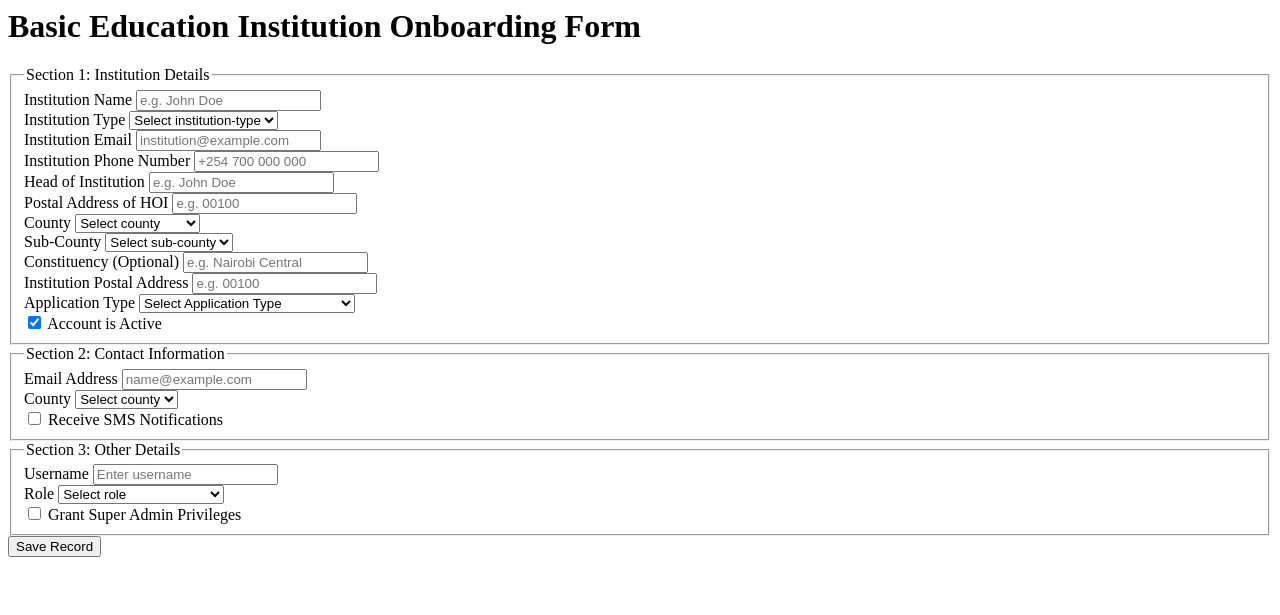
Repository: ndirituart/KEMIS
Page: angular-client/src/app/pages/basic-education/basic-education.html
An editor plug-in stored every save of this project. The page is shown before and after the next save, followed by the edit.
The browser window is 1280 px wide. The pictures show the whole page.

Above is the page before, as saved 2026-10-20 21:20:26.

### angular-client/src/app/pages/basic-education/basic-education.html
<div class="kemis-form-wrapper">
<form class="kemis-form" (ngSubmit)="onSubmit()" #myForm="ngForm">
<h1 class="text-center mb-4">Basic Education Institution Onboarding Form</h1>
  <!-- ========================================== -->
  <!-- Section 1: Institution Details                -->
  <!-- ========================================== -->
  <fieldset class="mb-4 p-3 border rounded">
    <legend class="float-none w-auto px-2 fs-5 fw-bold text-primary">Section 1: Institution Details</legend>

    <div class="row g-3">
      <!-- Institution Name -->
      <div class="col-md-6">
        <label for="fullName" class="form-label fw-semibold">Institution Name</label>
        <input type="text" class="form-control" id="fullName" name="fullName" placeholder="e.g. John Doe" required>
      </div>

      <!-- Type of School based on Gender -->
      <div class="col-md-6">
        <label for="institution-type" class="form-label fw-semibold">Institution Type</label>
        <select class="form-select" id="institution-type" name="institution-type" required>
          <option value="" disabled selected>Select institution-type</option>
          <option value="Boy's School">Boy's School</option>
          <option value="Girl's School">Girl's School</option>
          <option value="Mixed School">Mixed School</option>
        </select>
      </div>

      <!-- Institution Email -->
      <div class="col-md-6">
        <label for="emailId" class="form-label fw-semibold">Institution Email</label>
        <input type="email" class="form-control" id="emailId" name="emailId" placeholder="institution@example.com" required>
      </div>

      <!-- Institution Phone Number -->
      <div class="col-md-6">
        <label for="phoneNumber" class="form-label fw-semibold">Institution Phone Number</label>
        <input type="tel" class="form-control" id="phoneNumber" name="phoneNumber" placeholder="+254 700 000 000" required>
      </div>

      <!-- Head of Institution -->
      <div class="col-md-6">
        <label for="headOfInstitution" class="form-label fw-semibold">Head of Institution</label>
        <input type="text" class="form-control" id="headOfInstitution" name="headOfInstitution" placeholder="e.g. John Doe" required>
      </div>

      <!-- Postal Address of HOI -->
      <div class="col-md-6">
        <label for="postalAddressHoi" class="form-label fw-semibold">Postal Address of HOI</label>
        <input type="text" class="form-control" id="postalAddressHoi" name="postalAddressHoi" placeholder="e.g. 00100" required>
      </div>

      <!--County List-->
      <div class="col-md-6">
        <label for="county" class="form-label fw-semibold">County</label>
        <select class="form-select" id="county" name="county" required>
          <option value="" disabled selected>Select county</option>
      <option value="baringo">Baringo</option>
      <option value="bomet">Bomet</option>
      <option value="bungoma">Bungoma</option>
      <option value="busia">Busia</option>
      <option value="elgeyo marakwet">Elgeyo Marakwet</option>
      <option value="embu">Embu</option>
      <option value="garissa">Garissa</option>
      <option value="homa bay">Homa Bay</option>
      <option value="isiolo">Isiolo</option>
      <option value="kajiado">Kajiado</option>
      <option value="kakamega">Kakamega</option>
      <option value="kericho">Kericho</option>
      <option value="kiambu">Kiambu</option>
      <option value="kilifi">Kilifi</option>
      <option value="kirinyaga">Kirinyaga</option>
      <option value="kisii">Kisii</option>
      <option value="kisumu">Kisumu</option>
      <option value="kitui">Kitui</option>
      <option value="kwale">Kwale</option>
      <option value="laikipia">Laikipia</option>
      <option value="lamu">Lamu</option>
      <option value="machakos">Machakos</option>
      <option value="makueni">Makueni</option>
      <option value="mandera">Mandera</option>
      <option value="meru">Meru</option>
      <option value="migori">Migori</option>
      <option value="marsabit">Marsabit</option>
      <option value="mombasa">Mombasa</option>
      <option value="muranga">Muranga</option>
      <option value="nairobi">Nairobi</option>
      <option value="nakuru">Nakuru</option>
      <option value="nandi">Nandi</option>
      <option value="narok">Narok</option>
      <option value="nyamira">Nyamira</option>
      <option value="nyandarua">Nyandarua</option>
      <option value="nyeri">Nyeri</option>
      <option value="samburu">Samburu</option>
      <option value="siaya">Siaya</option>
      <option value="taita taveta">Taita Taveta</option>
      <option value="tana river">Tana River</option>
      <option value="tharaka nithi">Tharaka Nithi</option>
      <option value="trans nzoia">Trans Nzoia</option>
      <option value="turkana">Turkana</option>
      <option value="uasin gishu">Uasin Gishu</option>
      <option value="vihiga">Vihiga</option>
      <option value="wajir">Wajir</option>
      <option value="pokot">West Pokot</option>
  </select>
      </div>

      <!--TO-DO: Nestsed array for Sub-County List dependent on county chosen-->
      <div class="col-md-6">
        <label for="subCounty" class="form-label fw-semibold">Sub-County</label>
        <select class="form-select" id="subCounty" name="subCounty" required>
          <option value="" disabled selected>Select sub-county</option>
        </select>
      </div>

      <!--Constituency Name OPTIONAL-->
      <div class="col-md-6">
        <label for="constituency" class="form-label fw-semibold">Constituency (Optional)</label>
        <input type="text" class="form-control" id="constituency" name="constituency" placeholder="e.g. Nairobi Central">
      </div>

      <!--Institution Postal Address-->
      <div class="col-md-6">
        <label for="postalAddressInstitution" class="form-label fw-semibold">Institution Postal Address</label>
        <input type="text" class="form-control" id="postalAddressInstitution" name="postalAddressInstitution" placeholder="e.g. 00100" required>
      </div>

       <!-- Application Type -->
      <div class="col-md-6">
        <label for="application-type" class="form-label fw-semibold">Application Type</label>
        <select class="form-select" id="application-type" name="application-type" required>
          <option value="" disabled selected>Select Application Type</option>
          <option value="Regular School">Regular School</option>
          <option value="Regular School with Special Unit">Regular School with Special Unit</option>
          <option value="Special School">Special School</option>
        </select>
      </div>

      <!-- Boolean Toggle (Switch) -->
      <div class="col-12 mt-3">
        <div class="form-check form-switch">
          <input class="form-check-input" type="checkbox" role="switch" id="isActive" name="isActive" checked>
          <label class="form-check-label fw-semibold" for="isActive">Account is Active</label>
        </div>
      </div>
    </div>
  </fieldset>

  <!-- ========================================== -->
  <!-- SECTION 2: Coordinates            -->
  <!-- ========================================== -->
  <fieldset class="mb-4 p-3 border rounded">
    <legend class="float-none w-auto px-2 fs-5 fw-bold text-primary">Section 2: Contact Information</legend>

    <div class="row g-3">
      <!-- Text Input -->
      <div class="col-md-6">
        <label for="emailId" class="form-label fw-semibold">Email Address</label>
        <input type="emailId" class="form-control" id="emailId" name="emailId" placeholder="name@example.com" required>
      </div>

      <!-- Dropdown -->
      <div class="col-md-6">
        <label for="county" class="form-label fw-semibold">County</label>
        <select class="form-select" id="county" name="county" required>
          <option value="" disabled selected>Select county</option>
          <option value="Nairobi">Nairobi</option>
          <option value="Mombasa">Mombasa</option>
          <option value="Kisumu">Kisumu</option>
        </select>
      </div>

      <!-- Boolean Toggle -->
      <div class="col-12 mt-3">
        <div class="form-check form-switch">
          <input class="form-check-input" type="checkbox" role="switch" id="receiveSms" name="receiveSms">
          <label class="form-check-label fw-semibold" for="receiveSms">Receive SMS Notifications</label>
        </div>
      </div>
    </div>
  </fieldset>

  <!-- ========================================== -->
  <!-- SECTION 3: Other Details                -->
  <!-- ========================================== -->
  <fieldset class="mb-4 p-3 border rounded">
    <legend class="float-none w-auto px-2 fs-5 fw-bold text-primary">Section 3: Other Details</legend>

    <div class="row g-3">
      <!-- Text Input -->
      <div class="col-md-6">
        <label for="username" class="form-label fw-semibold">Username</label>
        <input type="text" class="form-control" id="username" name="username" placeholder="Enter username" required>
      </div>

      <!-- Dropdown -->
      <div class="col-md-6">
        <label for="role" class="form-label fw-semibold">Role</label>
        <select class="form-select" id="role" name="role" required>
          <option value="" disabled selected>Select role</option>
          <option value="Admin">Admin</option>
          <option value="IT Officer">IT Officer</option>
          <option value="Head of Institution (HOI)">Head of Institution (HOI)</option>
        </select>
      </div>

      <!-- Boolean Toggle -->
      <div class="col-12 mt-3">
        <div class="form-check form-switch">
          <input class="form-check-input" type="checkbox" role="switch" id="isSuperAdmin" name="isSuperAdmin">
          <label class="form-check-label fw-semibold" for="isSuperAdmin">Grant Super Admin Privileges</label>
        </div>
      </div>
    </div>
  </fieldset>

  <!-- Submit Button -->
  <div class="d-grid gap-2 mt-4">
    <button type="submit" class="btn btn-primary btn-lg">Save Record</button>
  </div>

</form>
</div>

After the next save:
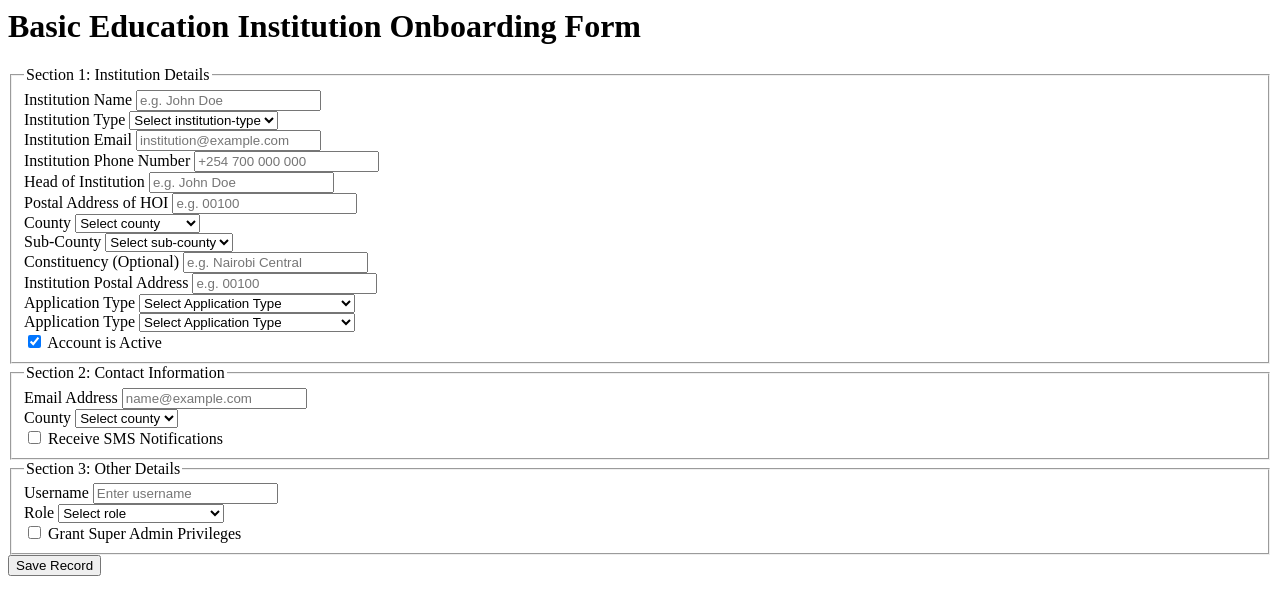
Saved 71 s later.
--- a/angular-client/src/app/pages/basic-education/basic-education.html
+++ b/angular-client/src/app/pages/basic-education/basic-education.html
@@ -135,6 +135,17 @@
         </select>
       </div>
 
+       <!-- Application Type -->
+      <div class="col-md-6">
+        <label for="application-type" class="form-label fw-semibold">Application Type</label>
+        <select class="form-select" id="application-type" name="application-type" required>
+          <option value="" disabled selected>Select Application Type</option>
+          <option value="Regular School">Regular School</option>
+          <option value="Regular School with Special Unit">Regular School with Special Unit</option>
+          <option value="Special School">Special School</option>
+        </select>
+      </div>
+
       <!-- Boolean Toggle (Switch) -->
       <div class="col-12 mt-3">
         <div class="form-check form-switch">
